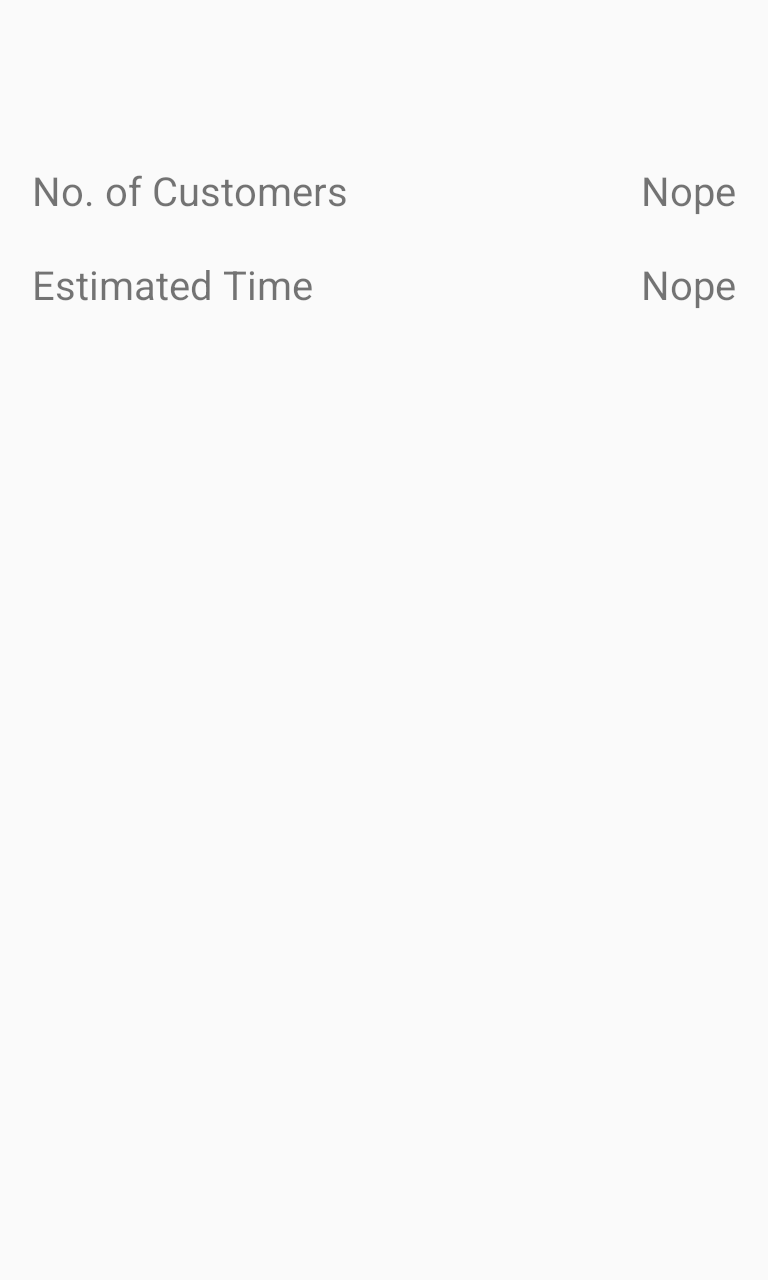
Repository: ag-chirag/brainwaves_enigma
Layout: mobile/Brainwaves/QLess/res/layout/activity_status.xml
The author's editor kept a copy of each file at every save. The layout is drawn from the files as they stood at one save, then again after the next save.
It is drawn on a 768 x 1280 px phone screen (xhdpi) without system bars, with theme AppTheme; the app's code is not run.

Above is the layout before, as saved 2014-11-08 18:00:10.

After the next save:
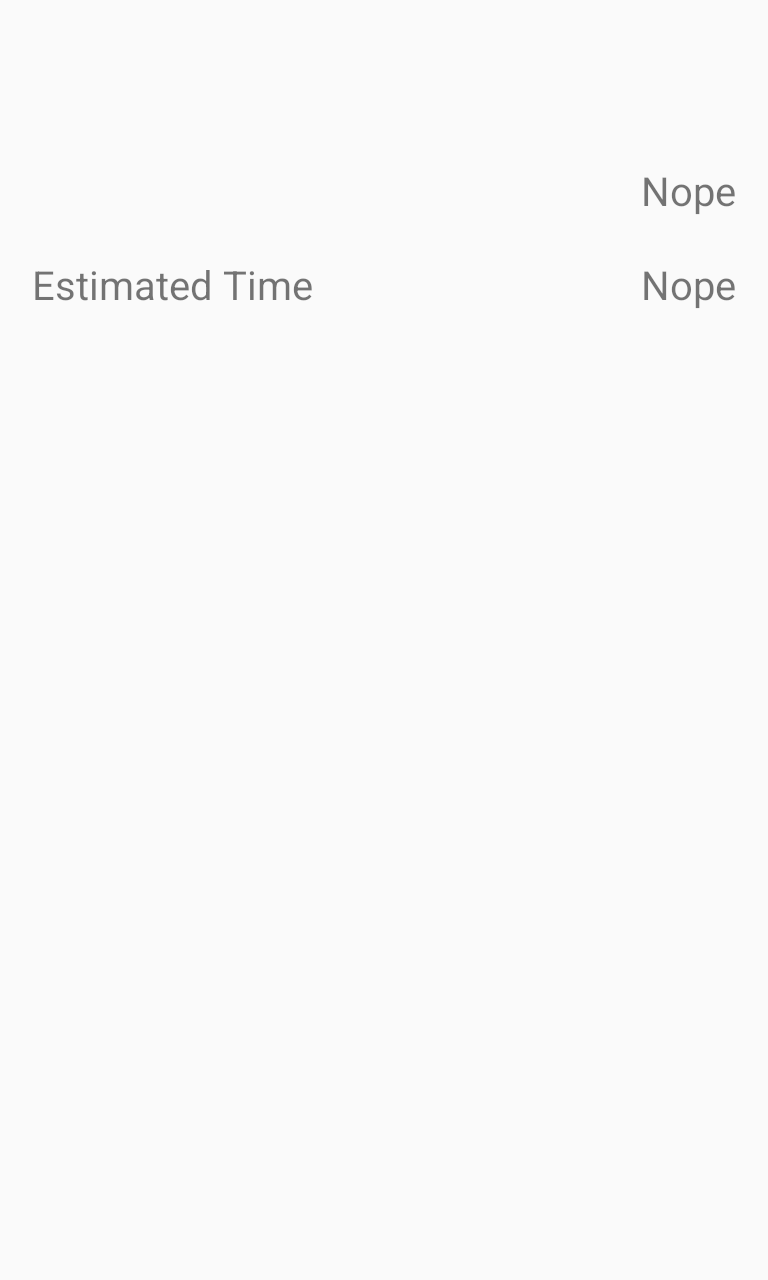
Saved 45 s later.
--- a/mobile/Brainwaves/QLess/res/layout/activity_status.xml
+++ b/mobile/Brainwaves/QLess/res/layout/activity_status.xml
@@ -23,7 +23,7 @@
        	android:layout_width="wrap_content"
        	android:layout_height="wrap_content"
        	android:id="@+id/textview2"
-       	android:text="No. of Customers"
+       	android:text="@+id/crowd"
        	android:layout_below="@+id/textview1"
        	android:layout_marginTop="20dp"
        	android:gravity="left"
